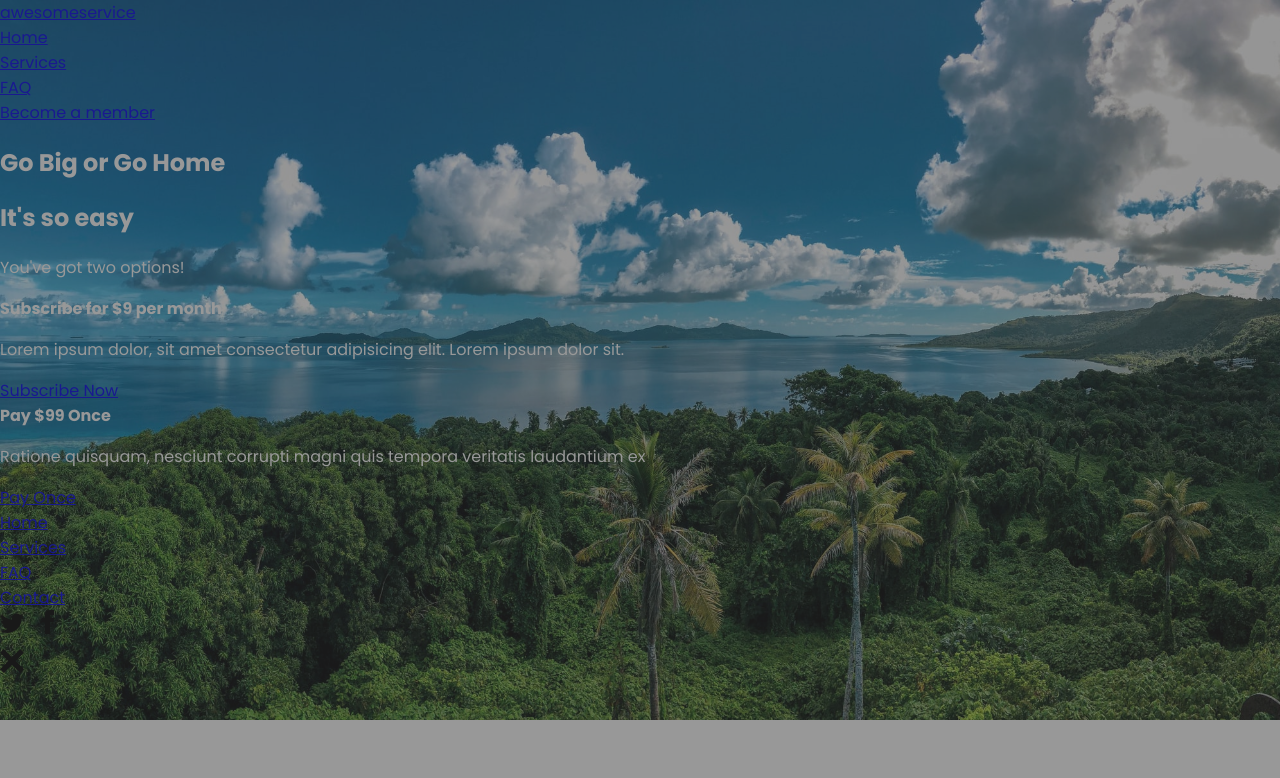
Repository: Hyperion72R/Animated-Navigation
Page: index.html
An editor plug-in stored every save of this project. The page is shown before and after the next save, followed by the edit.
The browser window is 1280 px wide. The pictures show the whole page.
The style sheet was rebuilt from its Sass, Less or Tailwind sources for each picture, by a compiler version that may differ from the author's.

Above is the page before, as saved 2021-08-14 16:04:21.

After the next save:
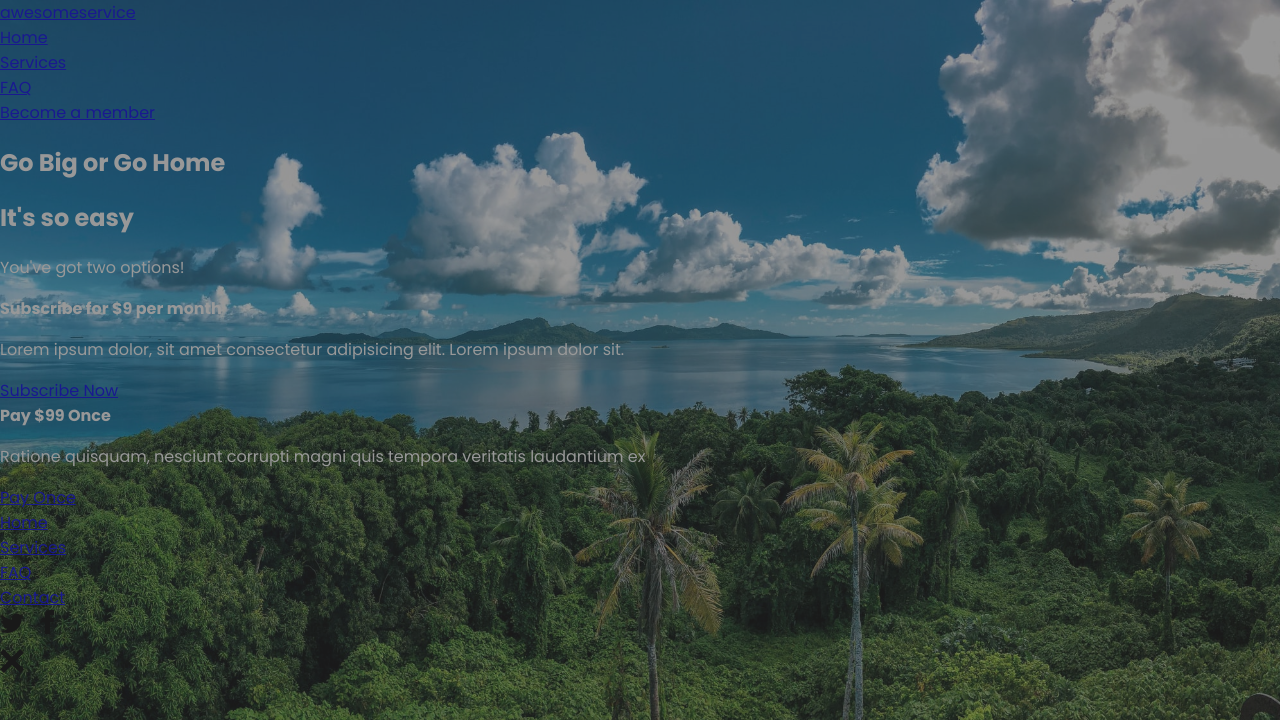
Saved 15 s later.
--- a/css/main.scss
+++ b/css/main.scss
@@ -10,7 +10,8 @@ body::after {
   content: "";
   display: block;
   width: 100%;
-  height: 108%;
+  //   height: 108%;
+  height: 100%;
   background-color: rgba(51, 51, 51, 0.5);
   position: absolute;
   top: 0;
